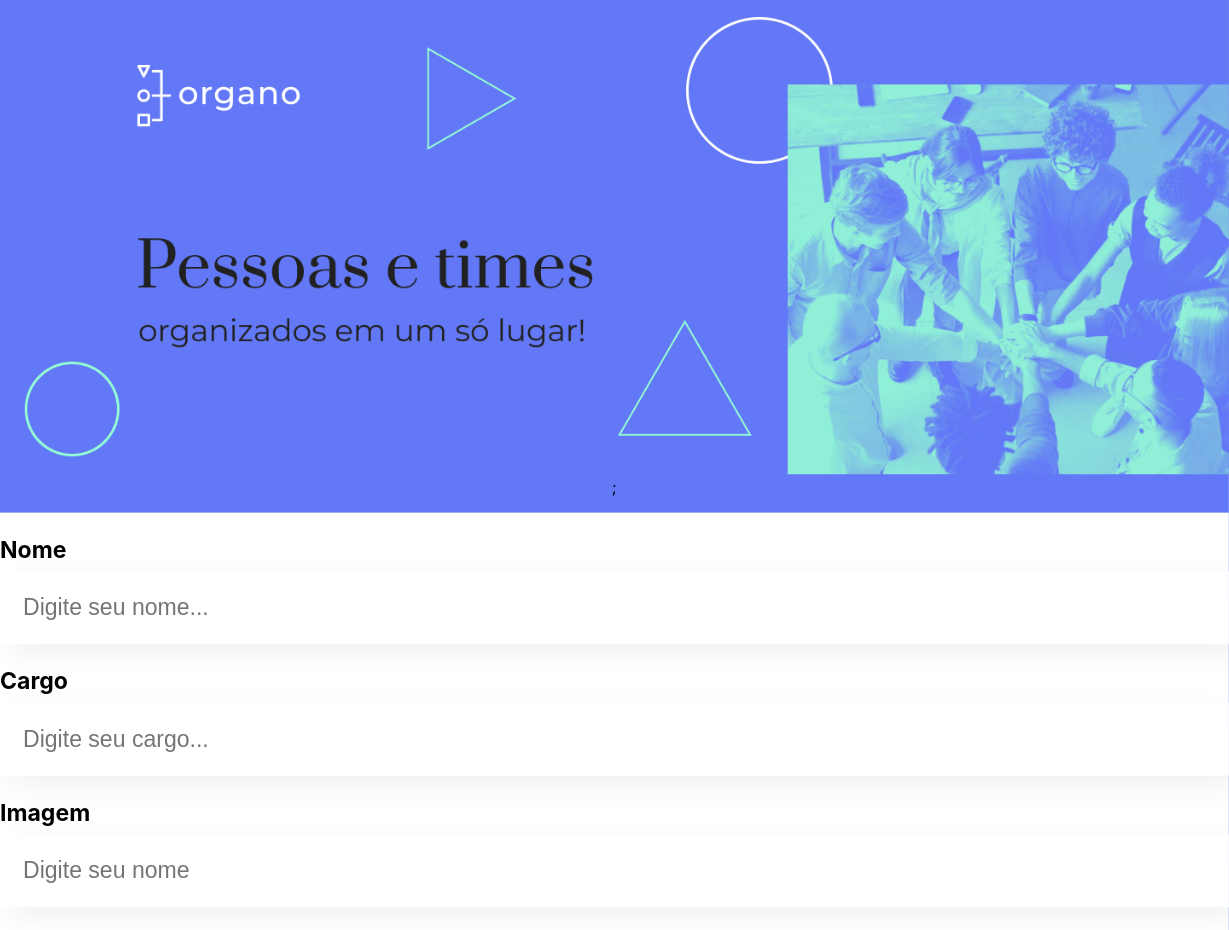
Repository: guilhermecardoso93/organo
Page: /
An editor plug-in stored every save of this project. The page is shown before and after the next save, followed by the edit.
The browser window is 1280 px wide. The pictures show the whole page, at 96% of full size.
The project was rebuilt for these pictures with package versions that can differ from the ones it lists, and the page was loaded fresh each time.

Above is the page before, as saved 2024-05-24 11:03:27.

### src/App.js
import { Banner } from "./components/Banner";
import { Form } from "./components/Form";

export default function App() {
  return (
    <div>
      <Banner />
      <Form />
    </div>
  );
}

### src/components/Banner/index.js
import BannerBackground from "../../assets/imagens/banner.png";
import "./styles.css";

export function Banner() {
  return (
    <header className="background-banner">
      <img src={BannerBackground} alt="Banner Principal da Página da Orgona" />;
    </header>
  );
}

### src/components/Form/index.js
import { Input } from "../Input";

export function Form() {
  return (
    <form>
      <Input label="Nome" placeholder="Digite seu nome..." />
      <Input label="Cargo" placeholder="Digite seu cargo..." />
      <Input label="Imagem" placeholder="Digite seu nome" />
    </form>
  );
}

### src/components/Banner/styles.css
.background-banner {
  background-color: #6278f7;
  text-align: center;
  padding-bottom: 1rem;
}

.background-banner img {
  max-width: 100%;
}

### src/components/Input/index.js
import "./styles.css";

export function Input({label, placeholder}) {
  return (
    <div className="campo-texto">
      <label>{label}</label>
      <input placeholder={placeholder}/>
    </div>
  );
}

### src/components/Input/styles.css
.campo-texto {
  display: flex;
  flex-direction: column;
  margin: 24px 0;
}

.campo-texto label {
  display: block;
  margin-bottom: 8px;
  font-size: 24px;
  font-weight: bold;
}

.campo-texto input {
  background-color: #fff;
  box-shadow: 10px 10px 30px rgba(0, 0, 0, 0.06);
  width: 100%;
  border: none;
  font-size: 24px;
  padding: 24px;
  box-sizing: border-box;
}

Loaded but not shown: public/index.html (common file); src/index.js (common file); src/index.css (common file)

After the next save:
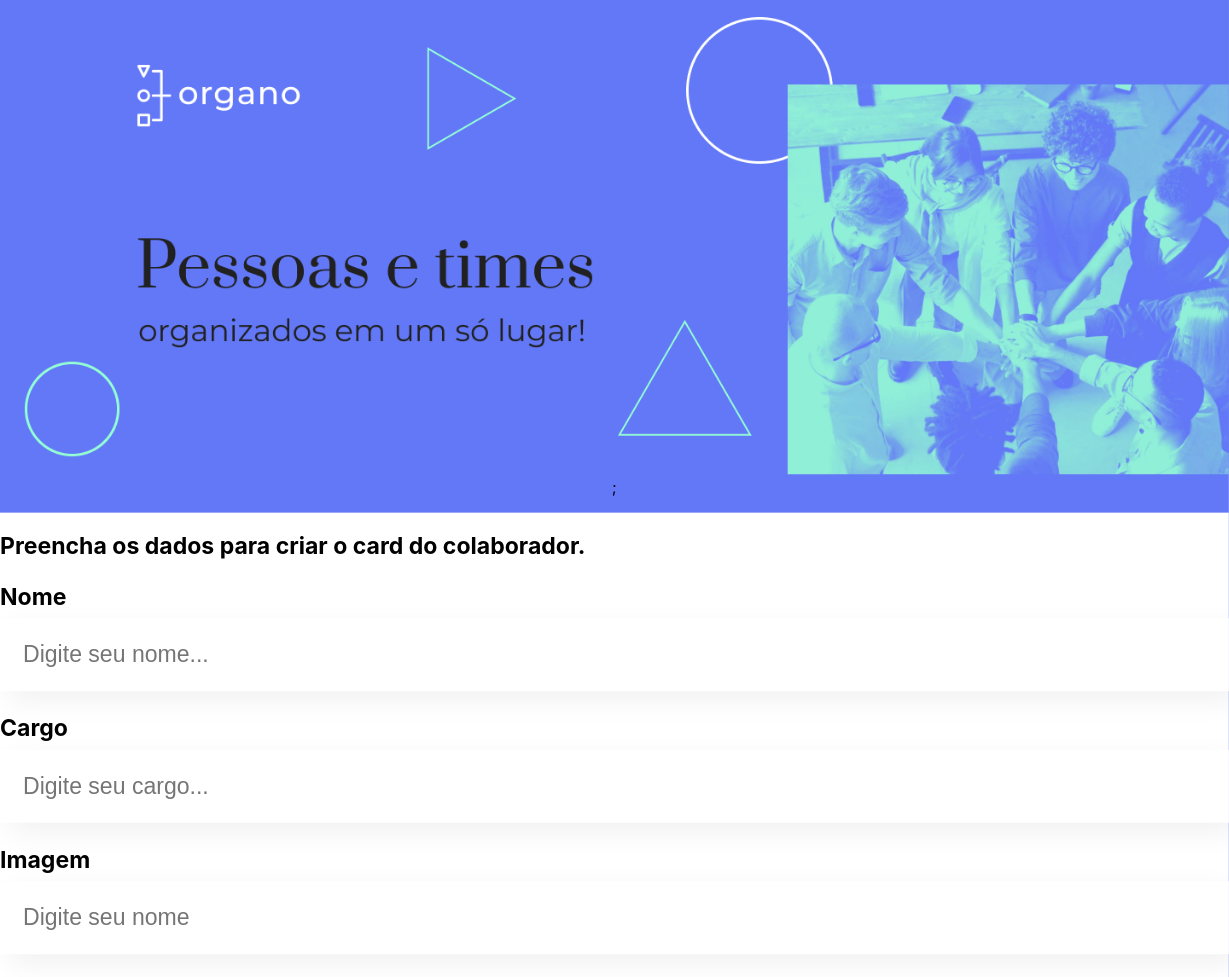
Saved 2 days later.
--- a/src/components/Form/index.js
+++ b/src/components/Form/index.js
@@ -3,6 +3,7 @@ import { Input } from "../Input";
 export function Form() {
   return (
     <form>
+      <h2>Preencha os dados para criar o card do colaborador.</h2>
       <Input label="Nome" placeholder="Digite seu nome..." />
       <Input label="Cargo" placeholder="Digite seu cargo..." />
       <Input label="Imagem" placeholder="Digite seu nome" />
